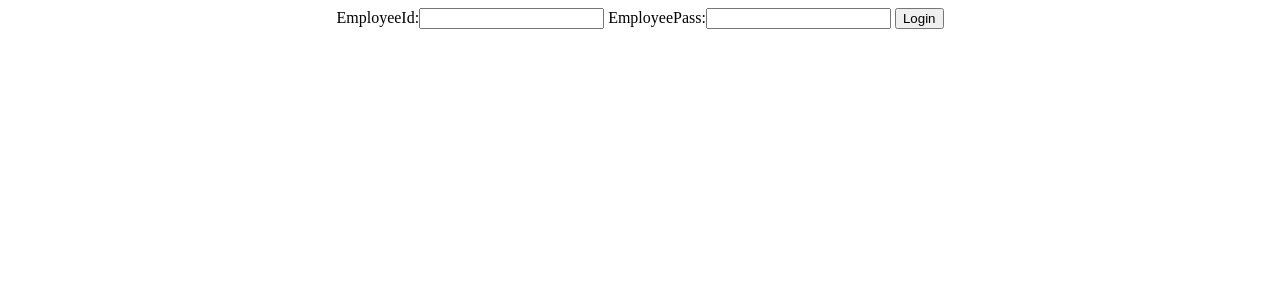
Repository: Karthi-Mano/AdvanceJavaPrograms
Page: http://localhost/CEBProject/loginpage.jsp
These files come from the project's save history. The page is drawn as it stood at one moment and after the next save; the edit follows.
The browser window is 1280 px wide. The pictures show the whole page.
The page is served by Tomcat 9. Other server files are loaded and not shown.

Above is the page before, as saved 2018-05-11 04:02:24.

### CEBProject/WebContent/loginpage.jsp
<%@ page language="java" contentType="text/html; charset=ISO-8859-1"
    pageEncoding="ISO-8859-1"%>
<!DOCTYPE html PUBLIC "-//W3C//DTD HTML 4.01 Transitional//EN" "http://www.w3.org/TR/html4/loose.dtd">
<html>
<head>
<meta http-equiv="Content-Type" content="text/html; charset=ISO-8859-1">
<title>Insert title here</title>
</head>
<body>
<center>
<form action="loginaction" method="get">
EmployeeId:<input type="text" name="empid"/>
EmployeePass:<input type="password" name="pass"/>
<input type="submit" value="Login">
</center>
</form>
</body>
</html>

After the next save:
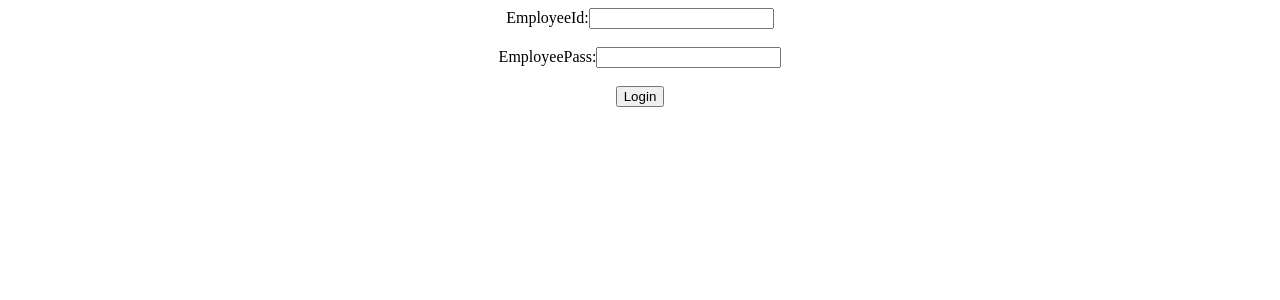
Saved 12 s later.
--- a/CEBProject/WebContent/loginpage.jsp
+++ b/CEBProject/WebContent/loginpage.jsp
@@ -9,8 +9,8 @@
 <body>
 <center>
 <form action="loginaction" method="get">
-EmployeeId:<input type="text" name="empid"/>
-EmployeePass:<input type="password" name="pass"/>
+EmployeeId:<input type="text" name="empid"/><br><br>
+EmployeePass:<input type="password" name="pass"/><br><br>
 <input type="submit" value="Login">
 </center>
 </form>
